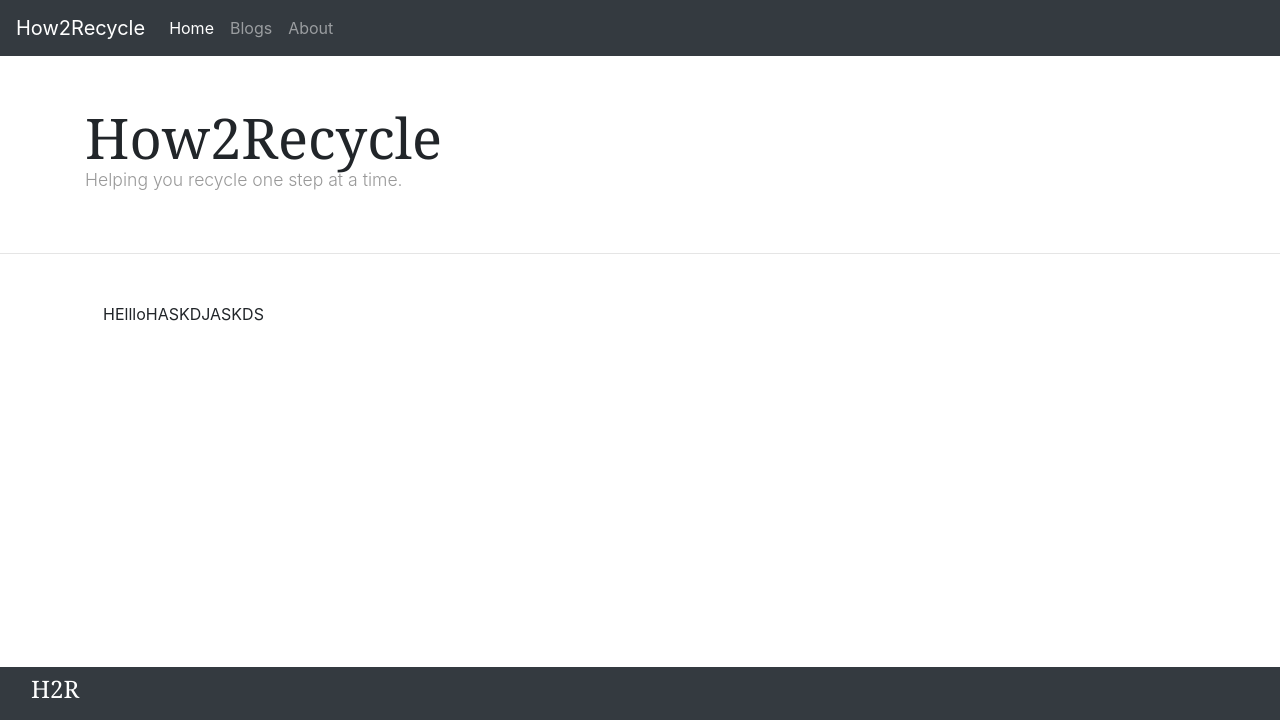
Repository: AshokSasi/CopyNPasta-Recycle-App
Page: http://localhost/about
An editor plug-in stored every save of this project. The page is shown before and after the next save, followed by the edit.
The browser window is 1280 px wide. The pictures show the whole page.
The page is served by the project's Laravel application, run on PHP 8.4 with Laravel 8.

Above is the page before, as saved 2021-09-25 16:12:11.

After the next save:
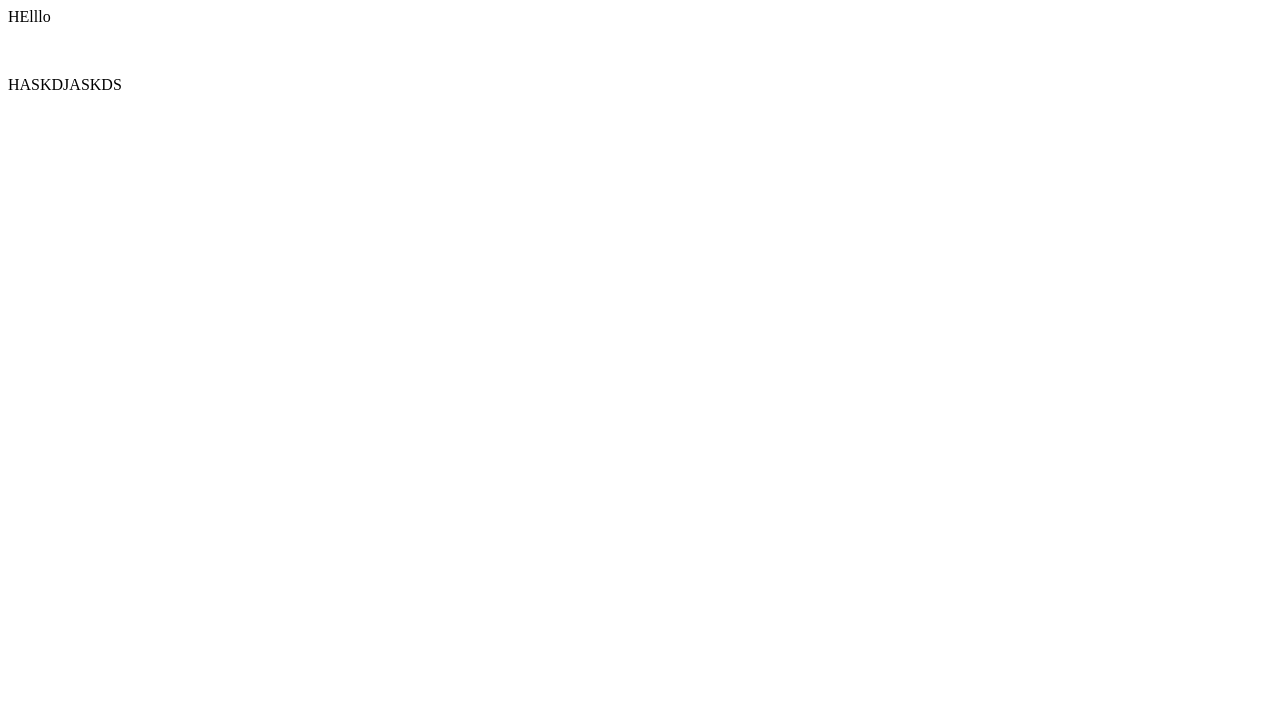
Saved 51 s later.
--- a/resources/views/about.blade.php
+++ b/resources/views/about.blade.php
@@ -1,12 +1,6 @@
-@extends('layouts.master')
 
-@section('content')
 <p>HElllo</p>
 <br/>
 <div>
     <p>HASKDJASKDS</p>
 </div>
-
-
-
-@endsection

After the save that followed:
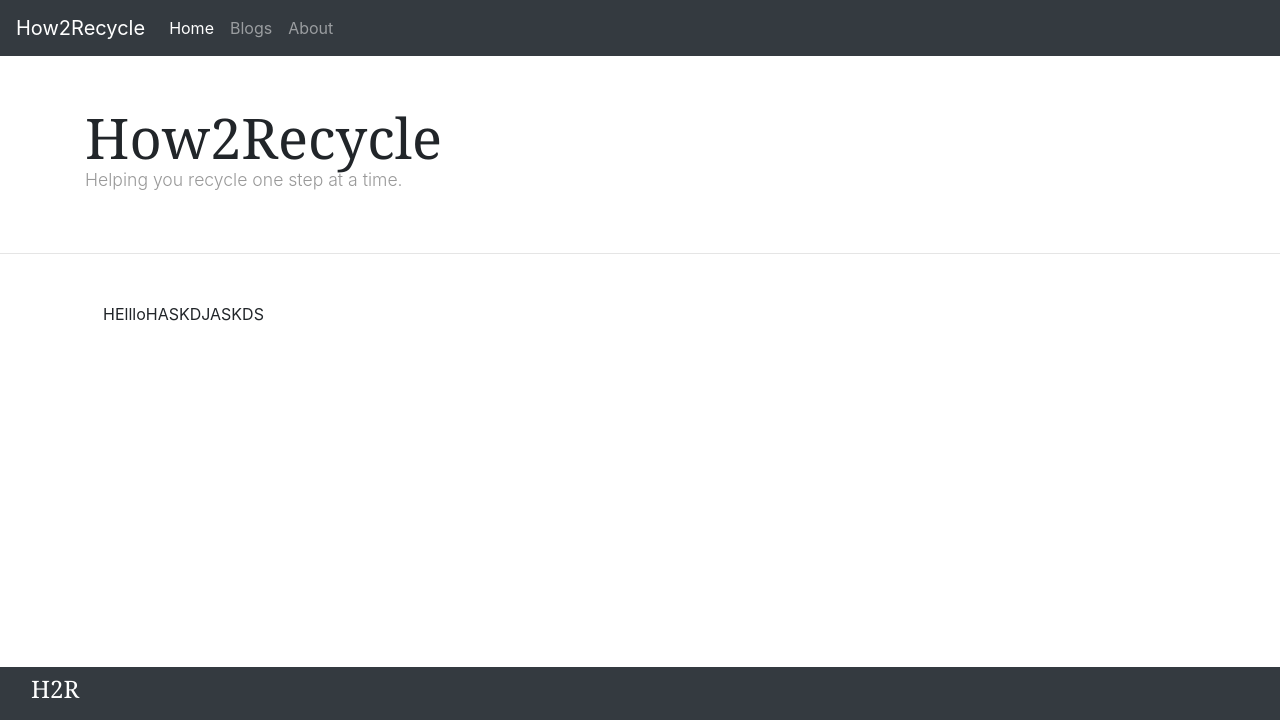
Saved 15 s later.
--- a/resources/views/about.blade.php
+++ b/resources/views/about.blade.php
@@ -1,6 +1,12 @@
+@extends('layouts.master')
 
+@section('content')
 <p>HElllo</p>
 <br/>
 <div>
     <p>HASKDJASKDS</p>
 </div>
+
+
+
+@endsection
